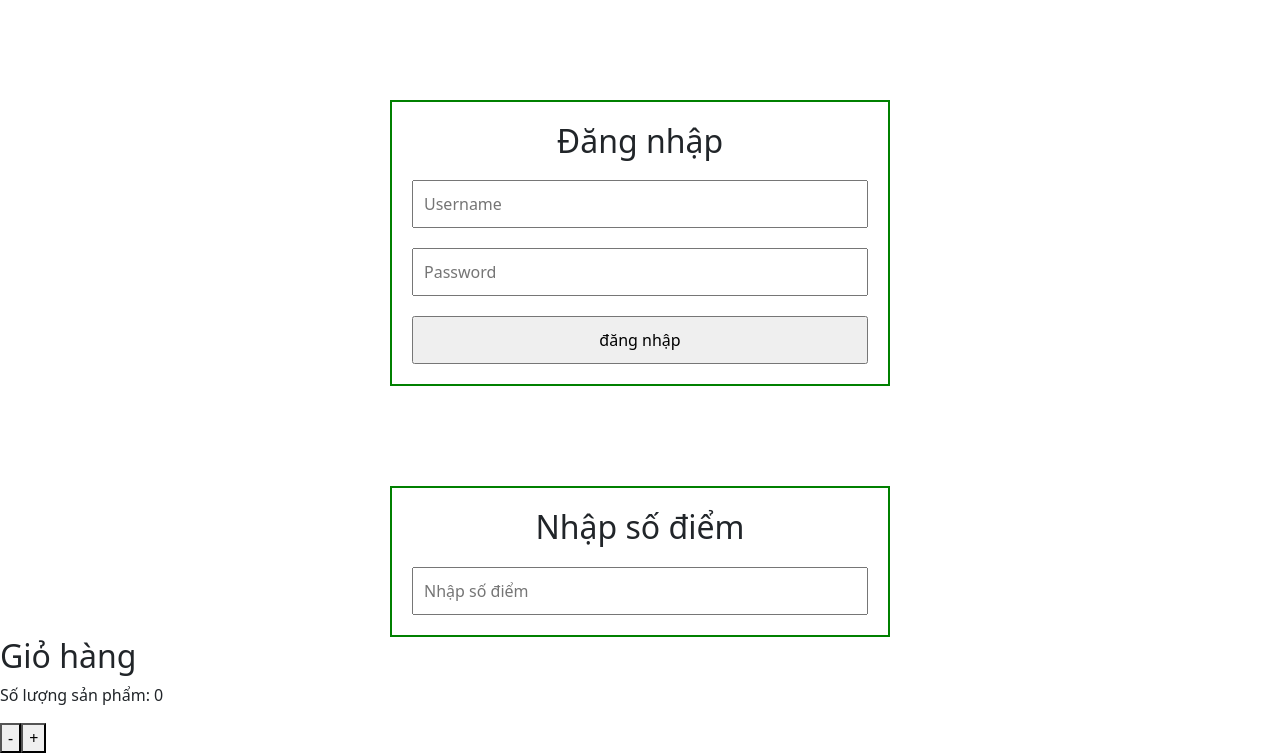
Repository: Phong-poor/frontendframework
Page: / (app in vue-lab-asm/)
An editor plug-in stored every save of this project. The page is shown before and after a run of saves, followed by the edit.
The browser window is 1280 px wide. The pictures show the whole page.
The project was rebuilt for these pictures with package versions that can differ from the ones it lists, and the page was loaded fresh each time. Also part of the build but not shown: vue-lab-asm/vite.config.js, vue-lab-asm/src/components/Lab1.vue, vue-lab-asm/src/components/product.vue, vue-lab-asm/src/components/Dangnhap.vue, vue-lab-asm/src/components/NotFound.vue, vue-lab-asm/src/components/Dangky.vue, vue-lab-asm/src/components/admin.vue, vue-lab-asm/src/components/admin-category.vue.

Above is the page before, as saved 2025-10-07 18:43:35.

After the next 2 saves:
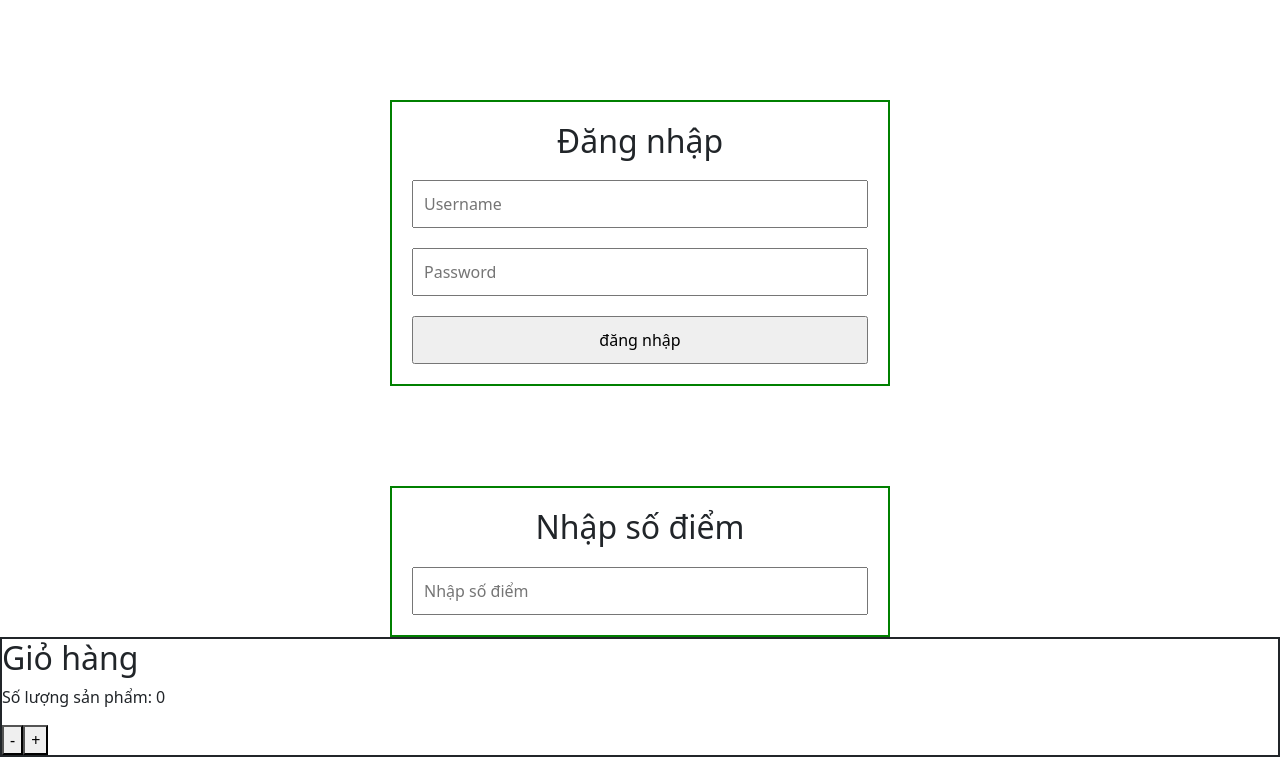
The 2 saves are shown as one change because they came seconds apart.
The last was saved 9 s later.
--- a/vue-lab-asm/src/components/Lab2.vue
+++ b/vue-lab-asm/src/components/Lab2.vue
@@ -101,6 +101,6 @@ form h2{
     color: red;
 }
 .Giohang{
-
+    border: 2px solid;
 }
 </style>
